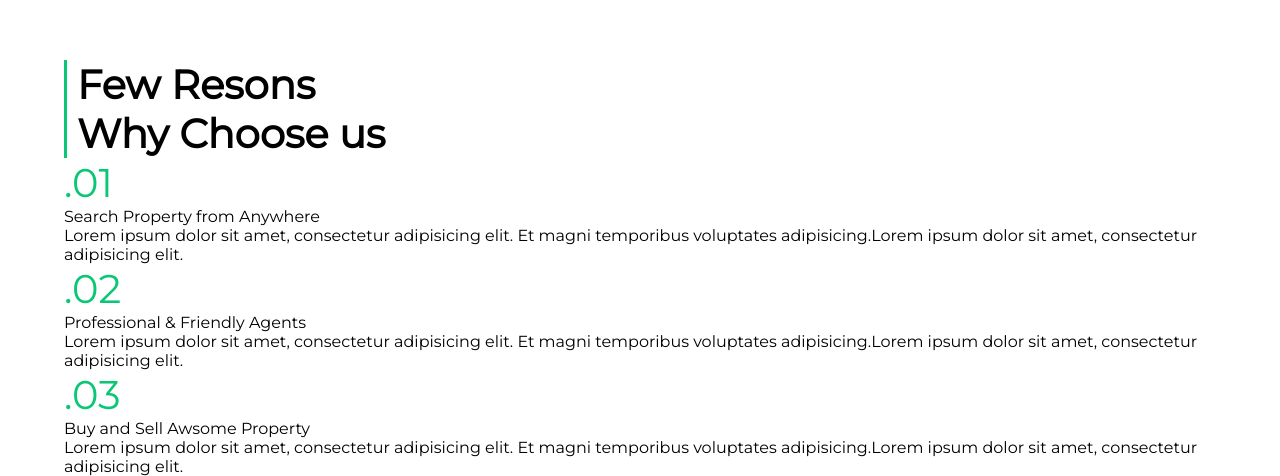
Repository: Yowani24/Real-Estate2
Page: index.html
These files come from the project's save history. The page is drawn as it stood at one moment and after the next save; the edit follows.
The browser window is 1280 px wide. The pictures show the part of the page from y = 2326 to 2802 px (the page is 2802 px tall).
A picture or video elsewhere on the page could not be fetched, so the positions and the page height are approximate. Some web fonts or font styles are not loaded; a fallback is used.

Above is the page before, as saved 2021-08-29 13:26:05.

After the next save:
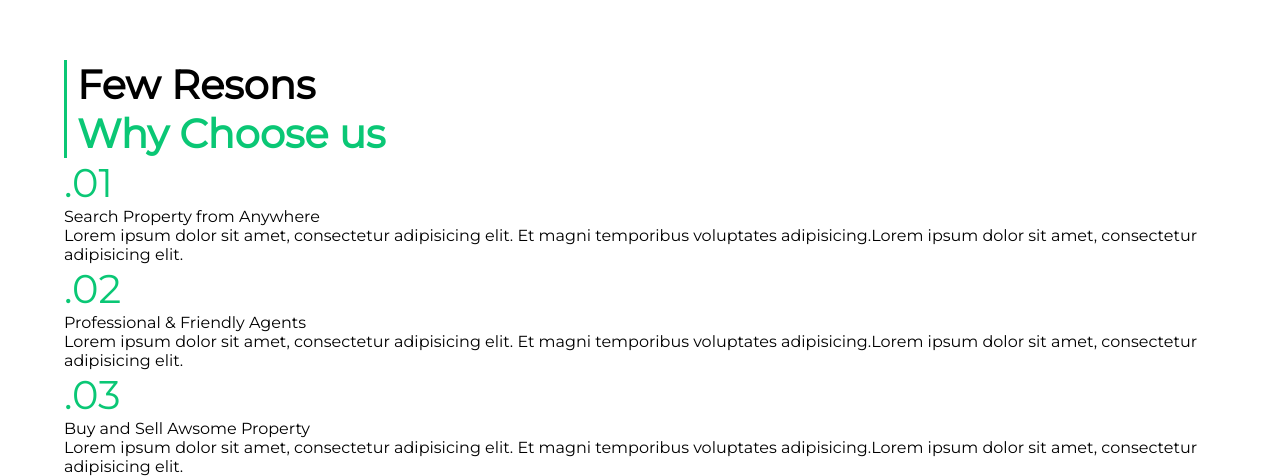
Saved 6 s later.
--- a/styles.css
+++ b/styles.css
@@ -264,7 +264,7 @@ Header .menu nav a{
     font-weight: bold;
     padding-left: 10px;
 }
-.whyUs p:nth-child(1) span{
+.whyUs h3 span{
     color: rgb(10, 199, 117);
 }
 
